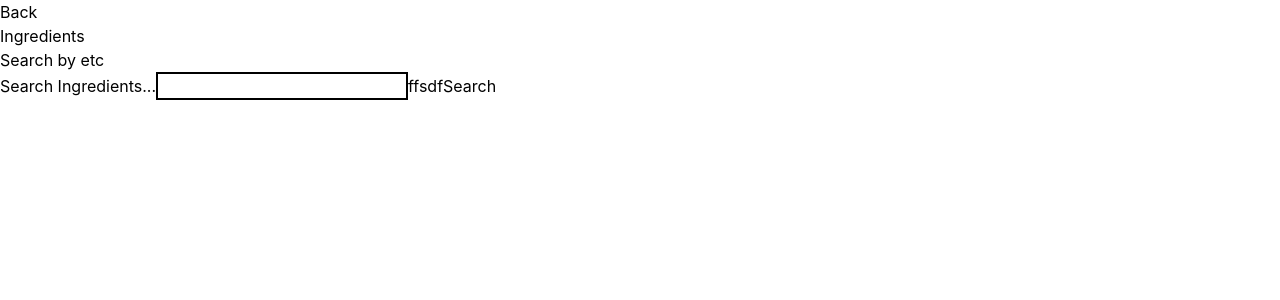
Repository: thais-chen/Meal
Page: /ingredients (app in meal-plan/)
An editor plug-in stored every save of this project. The page is shown before and after a run of saves, followed by the edit.
The browser window is 1280 px wide. The pictures show the whole page.
The project was rebuilt for these pictures with package versions that can differ from the ones it lists, and the page was loaded fresh each time. The framework's server and built-in components were replaced by stand-ins that run in the browser. Also part of the build but not shown: meal-plan/next.config.js.

Above is the page before, as saved 2022-08-11 19:25:36.

### meal-plan/pages/_app.js
import '../styles/globals.css'
/* import '../styles/globals.css'
import 'tailwindcss/tailwind.css'; */
function MyApp({ Component, pageProps }) {
  return <Component {...pageProps} />
}

export default MyApp

### meal-plan/pages/ingredients.js
import Heading from "../comps/Heading";
import Form from "../comps/Form";
import Navbar from "../comps/Navbar";
import { useState, useRef } from "react";

export default function Ingredients() {

  const inputRef = useRef();
  const [form, setForm] = useState("");
  const [theimg, setTheImg] = useState({
    name: "",
    url: "",
    id: "",
  });
  const [imgArr, setImgArr] = useState([]);

  function handleChange(e) {
    setForm(e.target.value);
  }

const getImg = async () => {
  const params = new URLSearchParams({ ingr: form });
  const res = await fetch(
    `https://edamam-food-and-grocery-database.p.rapidapi.com/parser?ingr=${params}`,
    {
      method: "GET",
      headers: {
        "X-RapidAPI-Key": "29a63a7413msh8378b61a2e11cf3p192e62jsn53d83f1651fe",
        "X-RapidAPI-Host": "edamam-food-and-grocery-database.p.rapidapi.com",
      },
    }
  );

  if (!res.ok) {
    throw res;
  }
  //clear input field
  setForm("");
  const data = await res.json();
  return {
    name: form,
    url: data.parsed[0].food.image,
    id: Math.random(), // recommend Date.now() instead
  };
};
const clickHandler = async () => {
  try {
    const newImg = await getImg(); // wait for getImg() to resolve
    setTheImg(newImg); // set img state
    setImgArr((prev) => [...prev, newImg]); // add it to the array

  } catch (err) {
    console.error(err);
  }
};

  const thingsElements = imgArr.map((thing) => (
    <div key={thing.id}>
      <img src={thing.url} />
      <p>{thing.name}</p>
    </div>
  ));

  return (
    <>
      <Navbar page="/" />
      <Heading heading="Ingredients" info="Search by etc" />
      <Form
        label="Search Ingredients..."
        onChange={handleChange}
        value={form.value}
        imgsrc={theimg}
        ref={inputRef}
      />
      <button onClick={clickHandler}>Search</button>

      {thingsElements}
    </>
  );
}

### meal-plan/styles/globals.css
@import 'tailwindcss/base';
@import 'tailwindcss/components';

@import 'tailwindcss/utilities';

html,
body {
  padding: 0;
  margin: 0;
  font-family: -apple-system, BlinkMacSystemFont, Segoe UI, Roboto, Oxygen,
    Ubuntu, Cantarell, Fira Sans, Droid Sans, Helvetica Neue, sans-serif;
}

a {
  color: inherit;
  text-decoration: none;
}

* {
  box-sizing: border-box;
}

@media (prefers-color-scheme: dark) {
  html {
    color-scheme: dark;
  }
  body {
    color: white;
    background: black;
  }
}

input{
  border:2px solid;
}

### meal-plan/comps/Heading.js

const Heading = (props) => {
    return(
        <div>
            <h1> {props.heading}</h1>
            <p>{props.info}</p>
        </div>
    )
}
export default Heading;

### meal-plan/comps/Form.js
import { useState } from "react";

const Form = (props) => {
  return (
    <>
      <label>
        {props.label}
        <input value={props.value} onChange={props.onChange} />
        <button onClick={props.clicked}> ffsdf</button>
      </label>
    </>
  );
};
export default Form;

### meal-plan/comps/Navbar.js
import Link from "next/link";

const Navbar = (props) => {
  return (
    <>
      <Link href={`${props.page}`}>
        <a> Back </a>
      </Link>
    </>
  );
};
export default Navbar;

### meal-plan/tailwind.config.js
/** @type {import('tailwindcss').Config} */
module.exports = {
  content: [
    "./pages/**/*.{js,ts,jsx,tsx}",
    "./comps/**/*.{js,ts,jsx,tsx}",
  ],
  theme: {
    extend: {},
  },
  plugins: [],
};

After the next 3 saves:
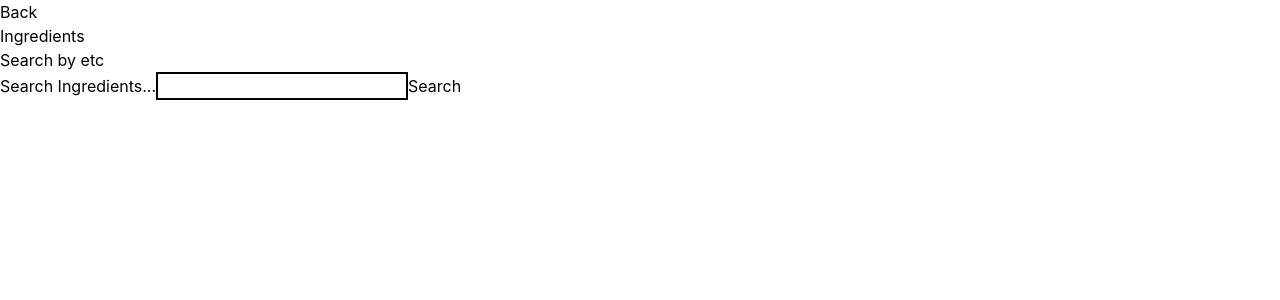
The 3 saves are shown as one change because they came seconds apart.
The last was saved 10 s later.
--- a/meal-plan/comps/Form.js
+++ b/meal-plan/comps/Form.js
@@ -6,7 +6,7 @@ const Form = (props) => {
       <label>
         {props.label}
         <input value={props.value} onChange={props.onChange} />
-        <button onClick={props.clicked}> ffsdf</button>
+
       </label>
     </>
   );
